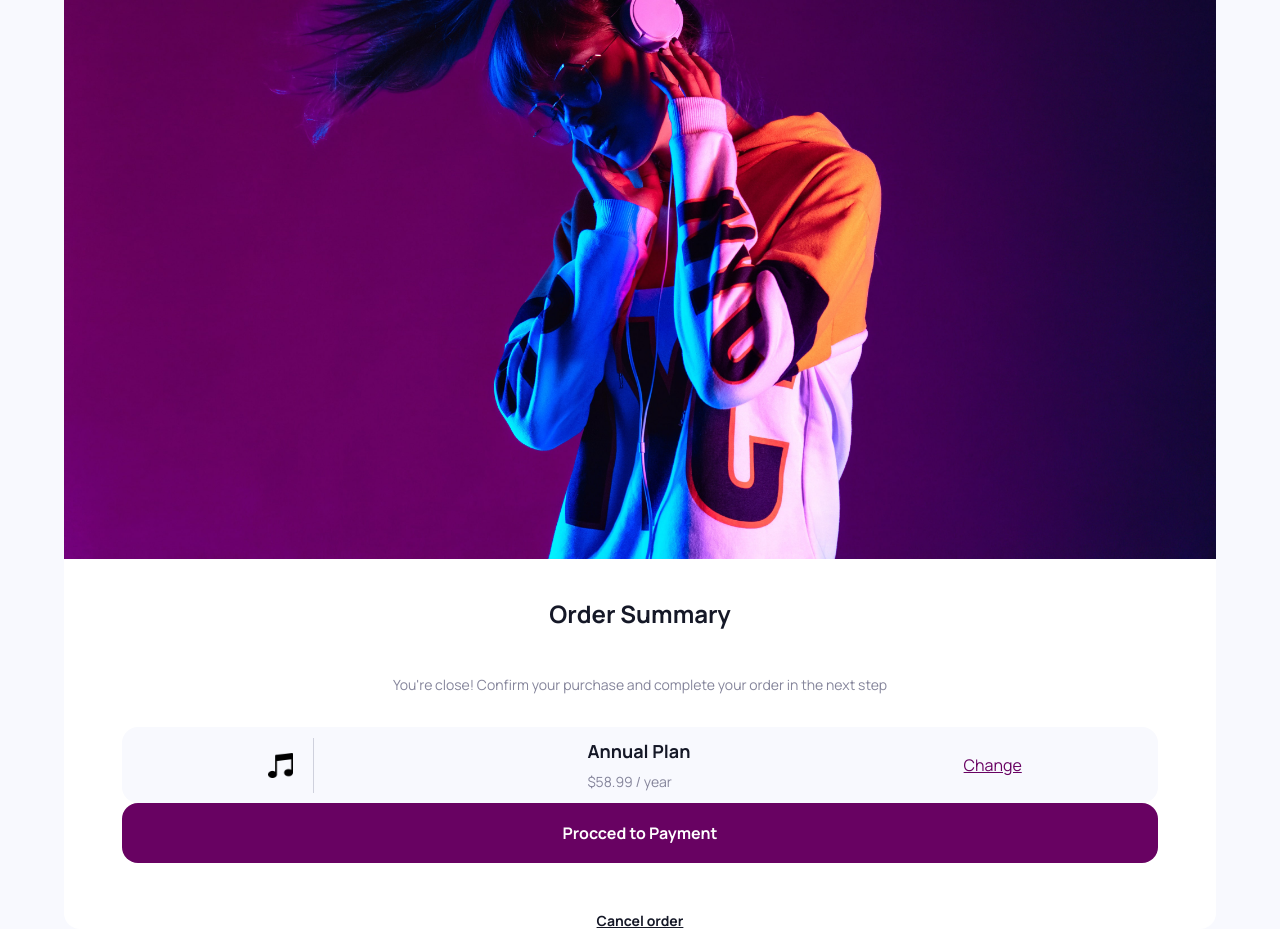
Repository: ssynowiec/INVO-Academy-solution
Page: /
The author's editor kept a copy of each file at every save. The page is drawn from the files as they stood at one save, then again after the next save.
The browser window is 1280 px wide. The pictures show the whole page.
The project was rebuilt for these pictures with package versions that can differ from the ones it lists, and the page was loaded fresh each time.

Above is the page before, as saved 2023-03-04 20:19:15.

### index.html
<!DOCTYPE html>
<html lang="en">

<head>
  <meta charset="UTF-8" />
  <link rel="icon" type="image/svg+xml" href="/vite.svg" />
  <meta name="viewport" content="width=device-width, initial-scale=1.0" />
  <title>INVO Academy JS Starter with Vite</title>
</head>

<!-- In order to start your challenge, remove all the content inside <div id="home-page"></div> and start coding :) -->

<body>
  <div id="home-page" class="container">
    <section class="order">
      <img src="/images/girl.jpeg" alt="" class="order-image">
      <h1 class="order-title">Order Summary</h1>
      <p class="order-description">You're close! Confirm your purchase and complete your order in the next step</p>
      <div class="order-summary">
        <img src="/images/music.png" alt="" class="order-icon">
        <div class="product">
          <h2 class="product-name">Annual Plan</h2>
          <p class="product-price">$58.99 / year</p>
        </div>
        <a href="#" class="product-link">Change</a>
      </div>
      <button class="order-button">Procced to Payment</button>
      <a href="#" class="order-link">Cancel order</a>
    </section>
  </div>

  <script type="module" src="/src/global-scripts/main.js"></script>
  <script type="module" src="/src/pages/home-page/scripts/home-page.js"></script>
</body>

</html>

### src/pages/home-page/scripts/home-page.js
/// Homepage JavaScript File
/// Here we import all the JavaScript files we need for our homepage.

import '../styles/home-page.scss';

### src/global-styles/style.scss
/// Main Styles File
/// Here we import all the global Styles files we need for our project.

@import 'styles/normalize.scss';
@import 'styles/root.scss';
@import 'styles/fonts.scss';

body {
	font-family: 'Manrope', sans-serif;
	color: var(--color-primary);
	background-color: var(--color-background);
	display: flex;
	justify-content: center;
	align-items: center;
	height: 100vh;
}

p {
	color: var(--color-on-surface);
}

### src/pages/home-page/styles/home-page.scss
/// Homepage Styles File
/// Here we import all the Styles files we need for our Homepage.

.container {
	display: flex;
	justify-content: center;
	align-items: center;
}

.order {
	display: flex;
	flex-direction: column;
	justify-content: between;
	align-items: center;
	width: 90%;
	border-radius: 16px;
	overflow: hidden;
	background-color: var(--color-white);

	&-image {
		width: 100%;
		height: 20%;
		object-fit: cover;
	}

	&-title {
		font-weight: bold;
		padding-top: 25px;
		font-size: 24px;
		color: var(--color-title);
	}

	&-description {
		font-size: 14px;
		padding: 20px;
		color: var(--color-body);
		text-align: center;
	}

	&-summary {
		display: flex;
		justify-content: space-around;
		align-items: center;
		width: 90%;
		border-radius: 16px;
		background-color: var(--color-background);
	}

	&-icon {
		width: 25px;
		height: 25px;
		padding: 15px 20px 15px 10px;
		border-right: 1px solid var(--color-stroke);
	}

	&-button {
		width: 90%;
		height: 60px;
		padding: 10px;
		border-radius: 16px;
		font-weight: bold;
		font-size: 16px;
		line-height: 160%;
		letter-spacing: -1%;
		border: none;
		background-color: var(--color-primary);
		color: var(--color-white);
		cursor: pointer;

		&:hover {
			background-color: var(--color-primary-hover);
		}
	}

	&-link {
		letter-spacing: -1%;
		padding-top: 50px;
		font-size: 14px;
		font-weight: bold;
		color: var(--color-title);
	}
}

.product {
	color: var(--color-title);

	&-name {
		font-size: 18px;
		line-height: 18px;
		font-weight: bold;
	}

	&-price {
		font-weight: medium;
		font-size: 14px;
		line-height: 14px;
		color: var(--color-body);
	}

	&-link {
		color: var(--color-primary);
		font-size: 16px;
		line-height: 160%;
	}
}

### src/global-styles/styles/root.scss
/// Root Styles file
/// Here we define all the root variables we need for our project.
/// For examples see Material Design color system: https://m2.material.io/design/color/the-color-system.html

:root {
	--color-primary: #680262;
	--color-primary-hover: #490245;
	--color-background: #f8f9fe;
	--color-title: #151827;
	--color-body: #85859b;
	--color-stroke: #cfd1dd;
	--color-white: #ffffff;
}

### src/global-styles/styles/fonts.scss
/// Main Fonts File
/// Here we import all the fonts files we need for our project.

@import url('https://fonts.googleapis.com/css2?family=Manrope:wght@200;300;400;500;600;700;800&display=swap');

Loaded but not shown: src/global-scripts/main.js (common file); src/global-styles/styles/normalize.scss (common file)

After the next save:
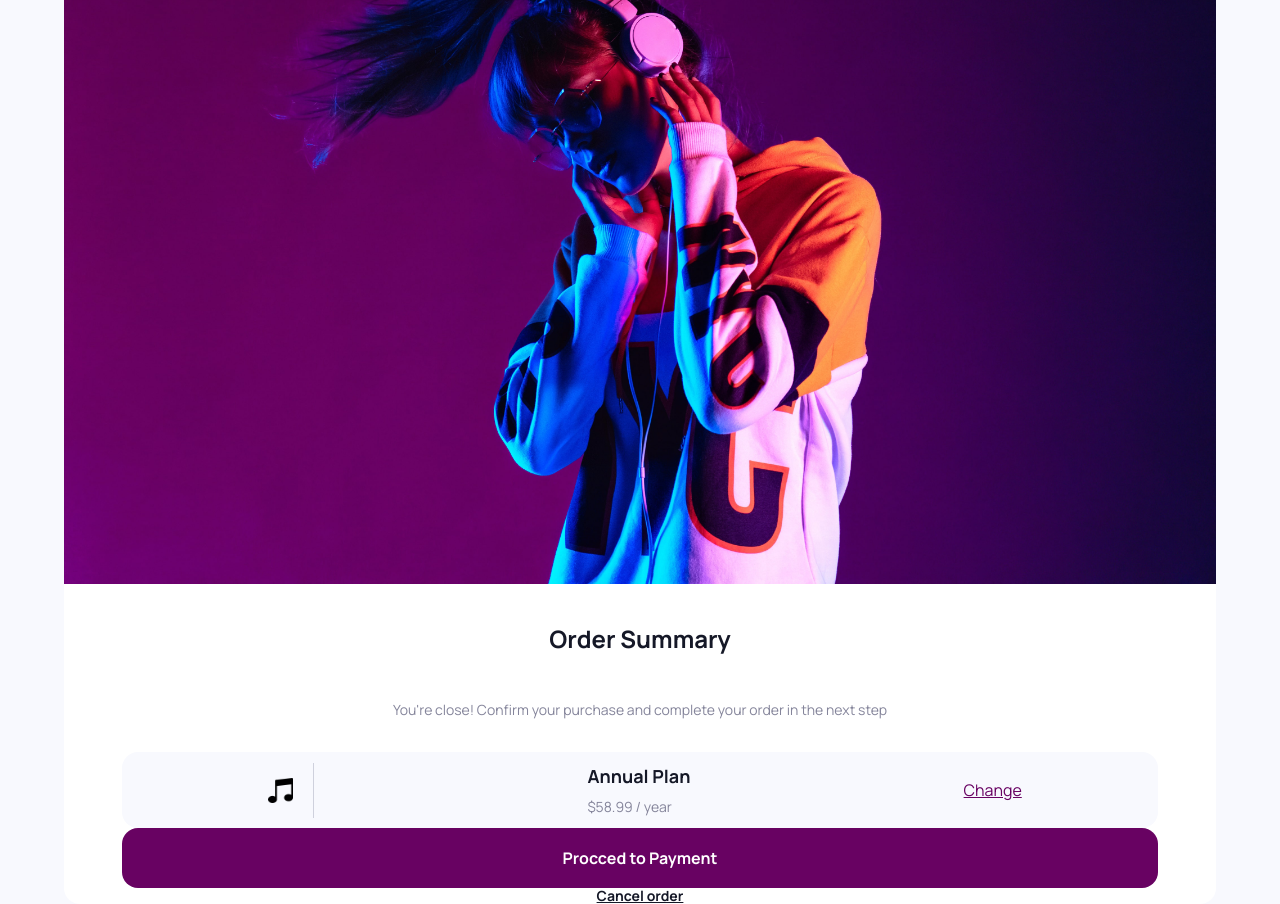
Saved 30 s later.
--- a/src/pages/home-page/styles/home-page.scss
+++ b/src/pages/home-page/styles/home-page.scss
@@ -74,7 +74,7 @@
 
 	&-link {
 		letter-spacing: -1%;
-		padding-top: 50px;
+		// padding-top: 50px;
 		font-size: 14px;
 		font-weight: bold;
 		color: var(--color-title);
